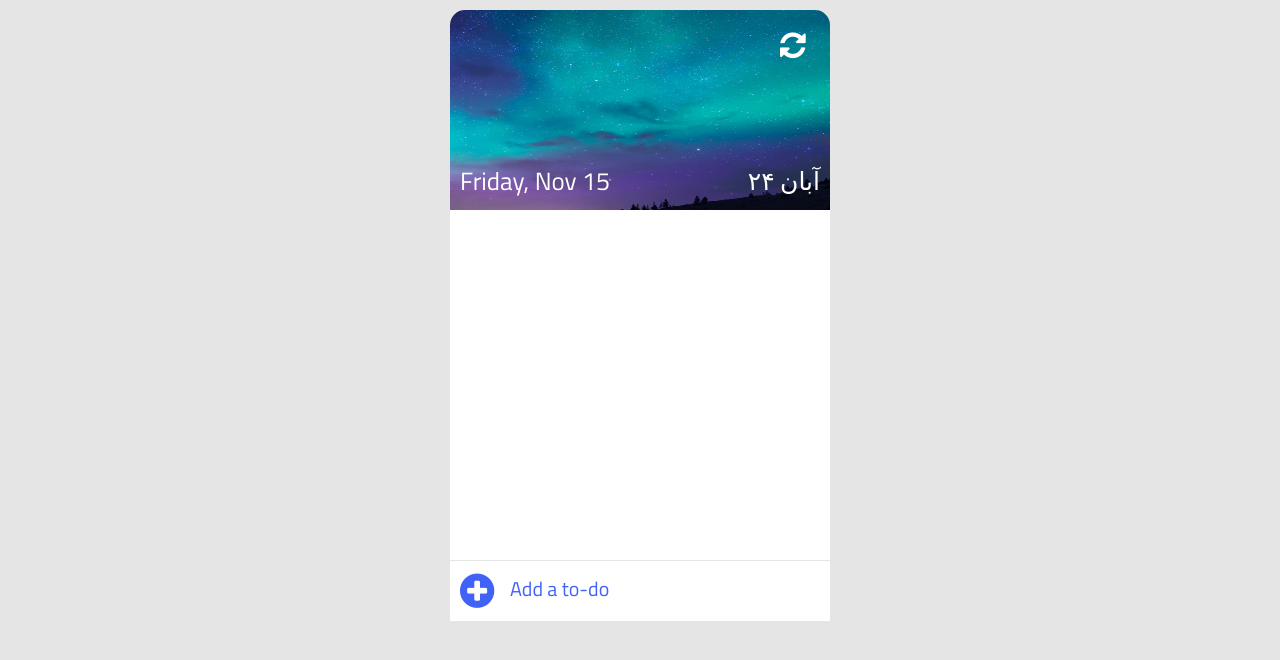
Repository: abouzarSoleymani/todo-js
Page: index.html
These files come from the project's save history. The page is drawn as it stood at one moment and after the next save; the edit follows.
The browser window is 1280 px wide. The pictures show the whole page.

Above is the page before, as saved 2019-11-15 13:38:48.

### index.html
<!-- CODE EXPLAINED CHANNEL -->
<!DOCTYPE html>
<html lang="en">
<head>
    <meta charset="UTF-8">
    <title>JavaScript - To Do List</title>
    <link rel="stylesheet" href="https://fonts.googleapis.com/css?family=Titillium+Web">
    <link rel="stylesheet" href="css/font-awesome.css">
    <link rel="stylesheet" href="css/style.css">
</head>
<body>
    <div class="container">
        <div class="header">
            <div class="clear">
                <i class="fa fa-refresh"></i>
            </div>
            <div id="date"></div>
            <div id="date-fa"></div>
        </div>
        <div class="content">
            <ul id="list">
               <!--
                <li class="item">
                    <i class="fa fa-circle-thin co" job="complete" id="0"></i>
                    <p class="text">Drink Coffee</p>
                    <i class="fa fa-trash-o de" job="delete" id="0"></i>
                </li> -->
            </ul>
        </div>
        <div class="add-to-do">
            <i class="fa fa-plus-circle"></i>
            <input type="text" id="input" placeholder="Add a to-do">
        </div>
    </div>
    <script src="js/app.js"></script>
</body>
</html>

### css/style.css
/* ------------ youtube.com/CodeExplained ------------ */
body{
    padding: 0;
    margin: 0;
    background-color: rgba(0,0,0,0.1);
    font-family: 'Titillium Web', sans-serif;
}

/* ------------ container ------------ */
.container{
    padding:10px;
    width:380px;
    margin:0 auto;
}

/* ------------ header ------------ */
.header{
    width: 380px;
    height:200px;
    background-image: url('../img/bg2.jpg');
    background-size: 100% 200%;
    background-repeat: no-repeat;
    border-radius: 15px 15px 0 0;
    position: relative;
}
.clear{
    width : 30px;
    height: 30px;
    position: absolute;
    right:20px;
    top: 20px;
}
.clear i{
    font-size: 30px;
    color: #FFF;
}
.clear i:hover{
    cursor: pointer;
    text-shadow: 1px 3px 5px #000;
    transform: rotate(45deg);
}
#date{
    position: absolute;
    bottom: 10px;
    left: 10px;
    color: #FFF;
    font-size: 25px;
    font-family: 'Titillium Web', sans-serif;
}
#date-fa{
    position: absolute;
    bottom: 10px;
    right: 10px;
    color: #FFF;
    font-size: 25px;
    font-family: 'Titillium Web', sans-serif;
}

/* ------------ content ------------ */
.content{
    width:380px;
    height: 350px;
    max-height:350px;
    background-color: #FFF;
    overflow: auto;
}
.content::-webkit-scrollbar {
    display: none;
}
.content ul{
    padding:0;
    margin:0;
}
.item{
    width:380px;
    height: 45px;
    min-height: 45px;
    position: relative;
    border-bottom: 1px solid rgba(0,0,0,0.1);
    list-style: none;
    padding: 0;
    margin: 0;
}
.item i.co{
    position: absolute;
    font-size: 25px;
    padding-left:5px;
    left:15px;
    top:10px;
}
.item i.co:hover{
    cursor: pointer;
}
.fa-check-circle{
    color:#6eb200;
}
.item p.text{
    position: absolute;
    padding:0;
    margin:0;
    font-size: 20px;
    left:50px;
    top:5px;
    background-color: #FFF;
    max-width:285px;
}
.lineThrough{
    text-decoration: line-through;
    color : #ccc;
}
.item i.de{
    position: absolute;
    font-size: 25px;
    right:15px;
    top:10px;
}
.item i.de:hover{
    color:#af0000;
    cursor: pointer;
}
/* ------------ add item ------------ */
.add-to-do{
    position: relative;
    width: 360px;
    height:40px;
    background-color: #FFF;
    padding: 10px;
    border-top: 1px solid rgba(0,0,0,0.1);
}
.add-to-do i{
    position: absolute;
    font-size: 40px;
    color: #4162f6;
}

.add-to-do input{
    position: absolute;
    left: 50px;
    height: 35px;
    width: 310px;
    background-color: transparent;
    border: none;
    font-size: 20px;
    padding-left:10px;
}
.add-to-do input::-webkit-input-placeholder { /* Chrome/Opera/Safari */
    color: #4162f6;
    font-family: 'Titillium Web', sans-serif;
    font-size: 20px;
}
.add-to-do input::-moz-placeholder { /* Firefox 19+ */
    color: #4162f6;
    font-family: 'Titillium Web', sans-serif;
    font-size: 20px;
}
.add-to-do input:-ms-input-placeholder { /* IE 10+ */
    color: #4162f6;
    font-family: 'Titillium Web', sans-serif;
    font-size: 20px;
}
.add-to-do input:-moz-placeholder { /* Firefox 18- */
    color: #4162f6;
    font-family: 'Titillium Web', sans-serif;
    font-size: 20px;
}

### js/app.js
// CODE EXPLAINED channel

// Select the Elements
const clear = document.querySelector(".clear");
const dateElementEN = document.getElementById("date");
const dateElementFA = document.getElementById("date-fa");
const list = document.getElementById("list");
const input = document.getElementById("input");

// Classes names
const CHECK = "fa-check-circle";
const UNCHECK = "fa-circle-thin";
const LINE_THROUGH = "lineThrough";

// Variables
let LIST, id;

// get item from localstorage
let data = localStorage.getItem("TODO");

// check if data is not empty
if(data){
    LIST = JSON.parse(data);
    id = LIST.length; // set the id to the last one in the list
    loadList(LIST); // load the list to the user interface
}else{
    // if data isn't empty
    LIST = [];
    id = 0;
}

// load items to the user's interface
function loadList(array){
    array.forEach(function(item){
        addToDo(item.name, item.id, item.done, item.trash);
    });
}

// clear the local storage
clear.addEventListener("click", function(){
    localStorage.clear();
    location.reload();
});

// Show todays date
const optionsEN = {weekday : "long", month:"short", day:"numeric"};
const optionsFA = {  day:"numeric",  month:"short",};
const today = new Date();

dateElementEN.innerHTML = today.toLocaleDateString("en-US", optionsEN);
dateElementFA.innerHTML = today.toLocaleDateString("fa", optionsFA);

// add to do function

function addToDo(toDo, id, done, trash){

    if(trash){ return; }

    const DONE = done ? CHECK : UNCHECK;
    const LINE = done ? LINE_THROUGH : "";

    const item = `<li class="item">
                    <i class="fa ${DONE} co" job="complete" id="${id}"></i>
                    <p class="text ${LINE}">${toDo}</p>
                    <i class="fa fa-trash-o de" job="delete" id="${id}"></i>
                  </li>
                `;

    const position = "beforeend";

    list.insertAdjacentHTML(position, item);
}

// add an item to the list user the enter key
document.addEventListener("keyup",function(even){
    if(event.keyCode == 13){
        const toDo = input.value;

        // if the input isn't empty
        if(toDo){
            addToDo(toDo, id, false, false);

            LIST.push({
                name : toDo,
                id : id,
                done : false,
                trash : false
            });

            // add item to localstorage ( this code must be added where the LIST array is updated)
            localStorage.setItem("TODO", JSON.stringify(LIST));

            id++;
        }
        input.value = "";
    }
});


// complete to do
function completeToDo(element){
    element.classList.toggle(CHECK);
    element.classList.toggle(UNCHECK);
    element.parentNode.querySelector(".text").classList.toggle(LINE_THROUGH);

    LIST[element.id].done = LIST[element.id].done ? false : true;
}

// remove to do
function removeToDo(element){
    element.parentNode.parentNode.removeChild(element.parentNode);

    LIST[element.id].trash = true;
}

// target the items created dynamically

list.addEventListener("click", function(event){
    const element = event.target; // return the clicked element inside list
    const elementJob = element.attributes.job.value; // complete or delete

    if(elementJob == "complete"){
        completeToDo(element);
    }else if(elementJob == "delete"){
        removeToDo(element);
    }

    // add item to localstorage ( this code must be added where the LIST array is updated)
    localStorage.setItem("TODO", JSON.stringify(LIST));
});

Loaded but not shown: css/font-awesome.css (library)

After the next save:
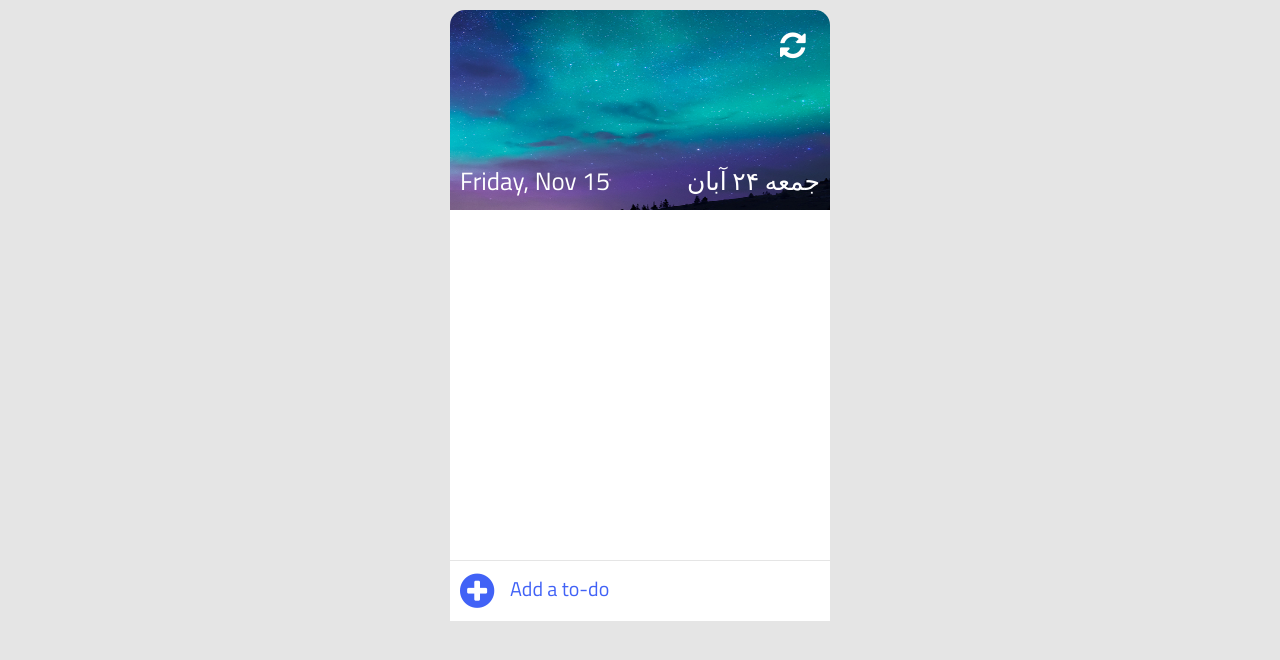
Saved 5 s later.
--- a/js/app.js
+++ b/js/app.js
@@ -44,7 +44,7 @@ clear.addEventListener("click", function(){
 
 // Show todays date
 const optionsEN = {weekday : "long", month:"short", day:"numeric"};
-const optionsFA = {  day:"numeric",  month:"short",};
+const optionsFA = { weekday : "long", month:"short", day:"numeric"};
 const today = new Date();
 
 dateElementEN.innerHTML = today.toLocaleDateString("en-US", optionsEN);
